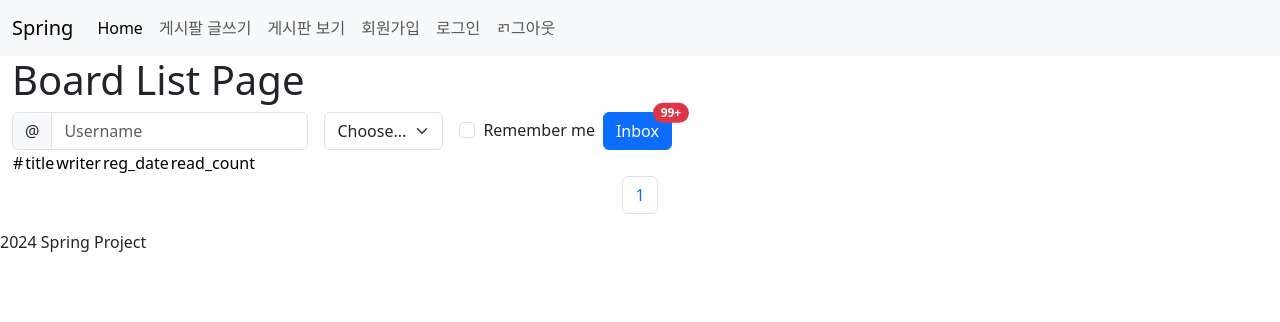
Repository: tkwkduddnd/SpringTest240430
Page: http://localhost/spring_study/WEB-INF/views/board/list.jsp
An editor plug-in stored every save of this project. The page is shown before and after the next save, followed by the edit.
The browser window is 1280 px wide. The pictures show the whole page.
The page is served by Tomcat 9. Nobody is signed in. The template is opened directly, without the code that normally fills it, so the values that code supplies are empty.

Above is the page before, as saved 2024-04-25 02:03:56.

After the next save:
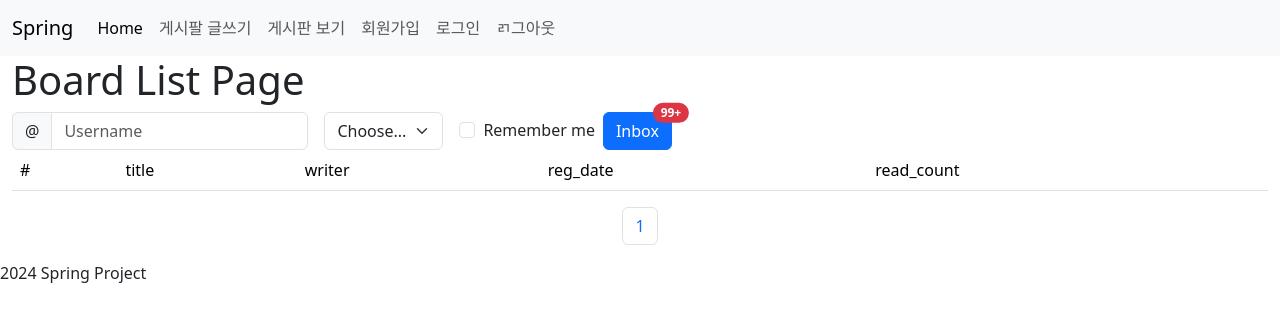
Saved 73 s later.
--- a/spring_study/src/main/webapp/WEB-INF/views/board/list.jsp
+++ b/spring_study/src/main/webapp/WEB-INF/views/board/list.jsp
@@ -43,7 +43,7 @@
 </button>
 </form>
 		<div>
-		<table class="table-secondary">
+		<table class="table">
 	<thead>
 		<tr>
 		<td>#</td>

After the save that followed:
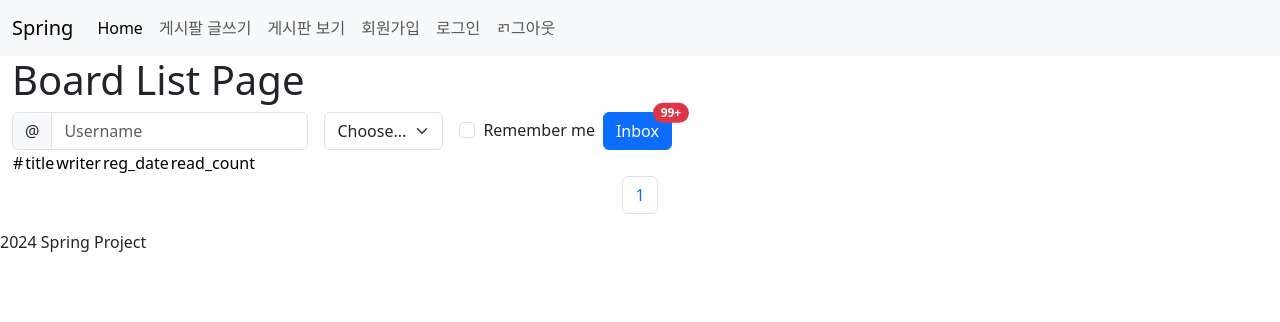
Saved 37 s later.
--- a/spring_study/src/main/webapp/WEB-INF/views/board/list.jsp
+++ b/spring_study/src/main/webapp/WEB-INF/views/board/list.jsp
@@ -43,7 +43,7 @@
 </button>
 </form>
 		<div>
-		<table class="table">
+		<table class="table-warning">
 	<thead>
 		<tr>
 		<td>#</td>
